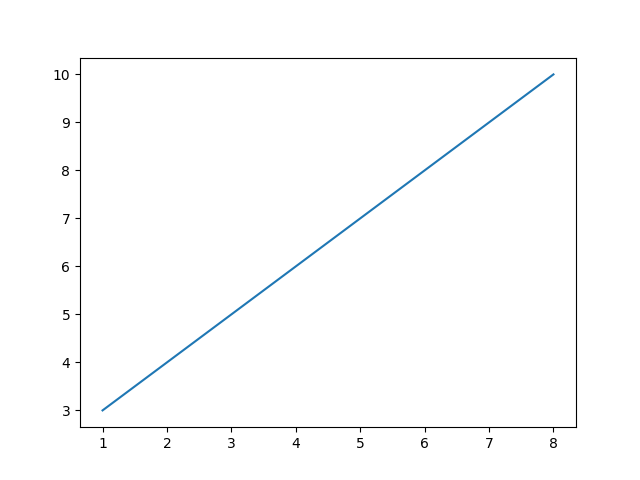
Repository: rupeshkofficial/Python-Code
Script's output: python MATPLOTLIB/3_matplotlibpyplot.py
An editor plug-in stored every save of this project. The script's output is shown before and after a run of saves, followed by the edit.
Random numbers start from a fixed seed.

Above is the script's output before, as saved 2024-05-22 13:29:45.

After the next 2 saves:
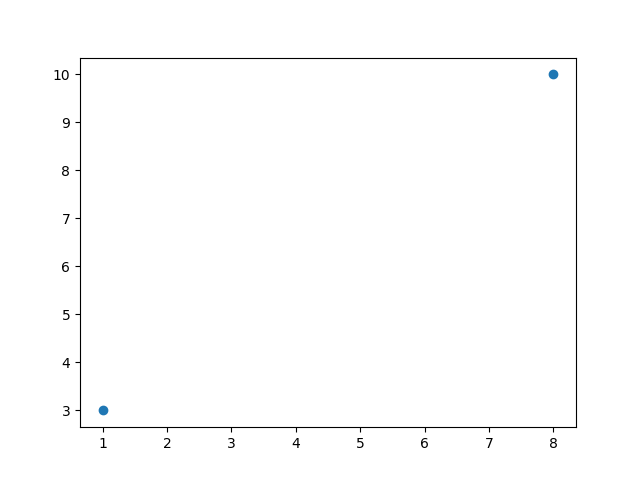
The 2 saves are shown as one change because they came seconds apart.
The last was saved 7 s later.
--- a/MATPLOTLIB/3_matplotlibpyplot.py
+++ b/MATPLOTLIB/3_matplotlibpyplot.py
@@ -3,5 +3,5 @@ import numpy as np
 
 xpoints = np.array([1,8])
 ypoints = np.array([3,10])
-plt.plot(xpoints,ypoints)
+plt.plot(xpoints,ypoints, 'o')
 plt.show()
